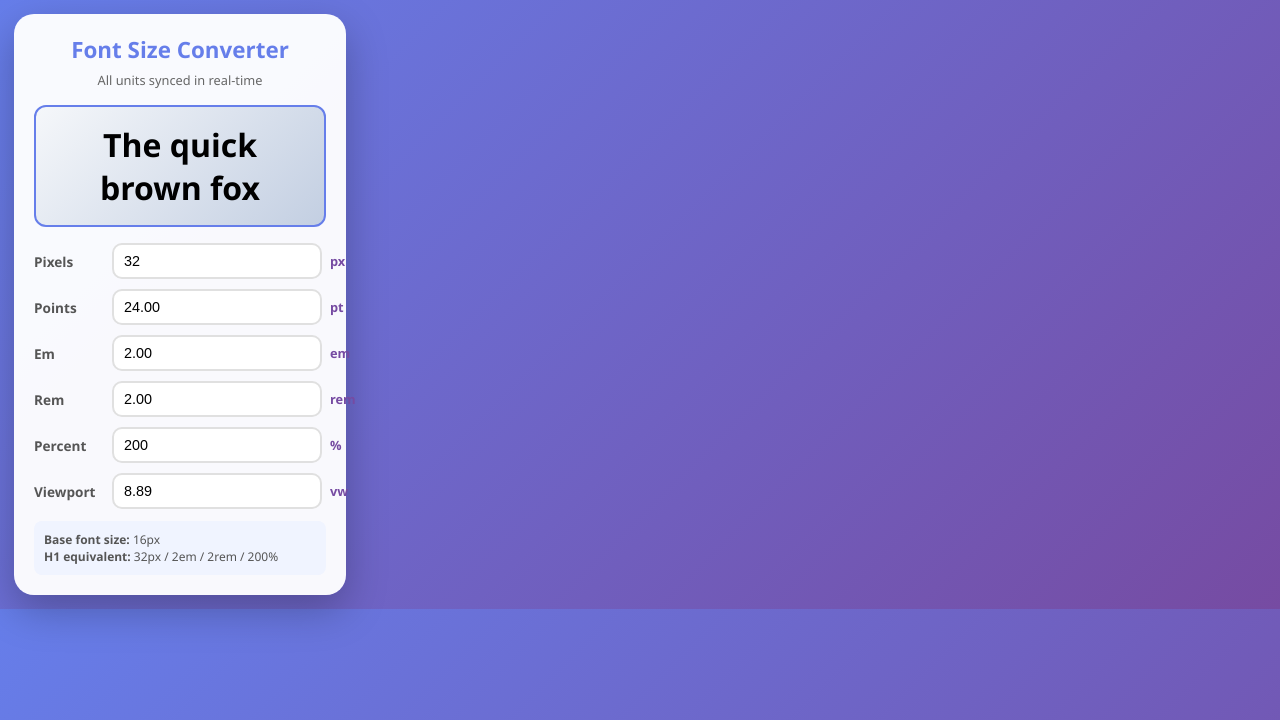
Repository: JasonMorta/Font-Unit-Converter
Page: chrome_extention/popup.html
An editor plug-in stored every save of this project. The page is shown before and after the next save, followed by the edit.
The browser window is 1280 px wide. The pictures show the whole page.

Above is the page before, as saved 2025-12-15 10:18:36.

### chrome_extention/popup.html
<!DOCTYPE html>
<html lang="en">
<head>
  <meta charset="UTF-8" />
  <title>Font Size Converter</title>
  <link rel="stylesheet" href="popup.css" />
</head>
<body>

  <!-- [BLOCK: CONTAINER] -->
  <div class="container">

    <h1>Font Size Converter</h1>
    <p class="subtitle">All units synced in real-time</p>

    <!-- [BLOCK: PREVIEW] -->
    <div class="preview">
      <div class="preview-text" id="previewText">The quick brown fox</div>
    </div>

    <!-- [BLOCK: INPUTS] -->
    <div class="input-group">
      <div class="input-row">
        <label>Pixels</label>
        <input type="number" id="px" value="32" step="0.1">
        <span class="unit">px</span>
      </div>
    </div>

    <div class="input-group">
      <div class="input-row">
        <label>Points</label>
        <input type="number" id="pt" value="24" step="0.1">
        <span class="unit">pt</span>
      </div>
    </div>

    <div class="input-group">
      <div class="input-row">
        <label>Em</label>
        <input type="number" id="em" value="2" step="0.01">
        <span class="unit">em</span>
      </div>
    </div>

    <div class="input-group">
      <div class="input-row">
        <label>Rem</label>
        <input type="number" id="rem" value="2" step="0.01">
        <span class="unit">rem</span>
      </div>
    </div>

    <div class="input-group">
      <div class="input-row">
        <label>Percent</label>
        <input type="number" id="percent" value="200" step="1">
        <span class="unit">%</span>
      </div>
    </div>

    <div class="input-group">
      <div class="input-row">
        <label>Viewport</label>
        <input type="number" id="vw" value="2.4" step="0.1">
        <span class="unit">vw</span>
      </div>
    </div>

    <!-- [BLOCK: INFO] -->
    <div class="info">
      <strong>Base font size:</strong> 16px<br>
      <strong>H1 equivalent:</strong> 32px / 2em / 2rem / 200%
    </div>

  </div>

  <script src="popup.js"></script>
</body>
</html>

### chrome_extention/popup.css
* {
  margin: 0;
  padding: 0;
  box-sizing: border-box;
}

body {
  width: 360px;
  padding: 14px;
  font-family: 'Segoe UI', Tahoma, Geneva, Verdana, sans-serif;
  background: linear-gradient(135deg, #667eea 0%, #764ba2 100%);
}

.container {
  background: rgba(255, 255, 255, 0.96);
  border-radius: 20px;
  padding: 20px;
  box-shadow: 0 15px 40px rgba(0, 0, 0, 0.25);
}

h1 {
  text-align: center;
  color: #667eea;
  font-size: 1.4rem;
  margin-bottom: 6px;
}

.subtitle {
  text-align: center;
  color: #666;
  font-size: 0.8rem;
  margin-bottom: 16px;
}

.preview {
  background: linear-gradient(135deg, #f5f7fa 0%, #c3cfe2 100%);
  border-radius: 12px;
  padding: 16px;
  margin-bottom: 16px;
  text-align: center;
  border: 2px solid #667eea;
}

.preview-text {
  font-weight: 600;
  transition: font-size 0.2s ease;
}

.input-group {
  margin-bottom: 10px;
}

.input-row {
  display: flex;
  align-items: center;
  gap: 8px;
}

label {
  min-width: 70px;
  font-size: 0.85rem;
  font-weight: 600;
  color: #555;
}

input {
  flex: 1;
  padding: 8px 10px;
  border-radius: 10px;
  border: 2px solid #e0e0e0;
  font-size: 0.9rem;
}

input:focus {
  outline: none;
  border-color: #667eea;
}

.unit {
  min-width: 40px;
  font-weight: 600;
  color: #764ba2;
  font-size: 0.8rem;
}

.info {
  margin-top: 12px;
  background: #f0f4ff;
  padding: 10px;
  border-radius: 8px;
  font-size: 0.75rem;
  color: #555;
}

### chrome_extention/popup.js
// [BLOCK: CONSTANTS]
const BASE_FONT_SIZE_PX = 16;

// [BLOCK: ELEMENT REFERENCES]
const inputs = {
  px: document.getElementById('px'),
  pt: document.getElementById('pt'),
  em: document.getElementById('em'),
  rem: document.getElementById('rem'),
  percent: document.getElementById('percent'),
  vw: document.getElementById('vw')
};

const previewText = document.getElementById('previewText');

let isUpdating = false;

// [BLOCK: HELPERS]
function getPopupWidth() {
  return document.body.clientWidth;
}

function pxToUnits(px) {
  return {
    px,
    pt: px * 0.75,
    em: px / BASE_FONT_SIZE_PX,
    rem: px / BASE_FONT_SIZE_PX,
    percent: (px / BASE_FONT_SIZE_PX) * 100,
    vw: (px / getPopupWidth()) * 100
  };
}

// [BLOCK: CORE UPDATE]
function updateAll(sourceUnit, value) {
  if (isUpdating) return;
  isUpdating = true;

  let pxValue;

  switch (sourceUnit) {
    case 'px': pxValue = value; break;
    case 'pt': pxValue = value / 0.75; break;
    case 'em':
    case 'rem': pxValue = value * BASE_FONT_SIZE_PX; break;
    case 'percent': pxValue = (value / 100) * BASE_FONT_SIZE_PX; break;
    case 'vw': pxValue = (value / 100) * getPopupWidth(); break;
  }

  if (isNaN(pxValue) || pxValue < 0) {
    isUpdating = false;
    return;
  }

  const converted = pxToUnits(pxValue);

  Object.keys(inputs).forEach(unit => {
    if (unit !== sourceUnit) {
      inputs[unit].value =
        unit === 'percent'
          ? converted[unit].toFixed(0)
          : converted[unit].toFixed(2);
    }
  });

  previewText.style.fontSize = pxValue + 'px';
  isUpdating = false;
}

// [BLOCK: EVENTS]
Object.keys(inputs).forEach(unit => {
  inputs[unit].addEventListener('input', e => {
    updateAll(unit, parseFloat(e.target.value));
  });
});

// [BLOCK: INIT]
updateAll('px', 32);

After the next save:
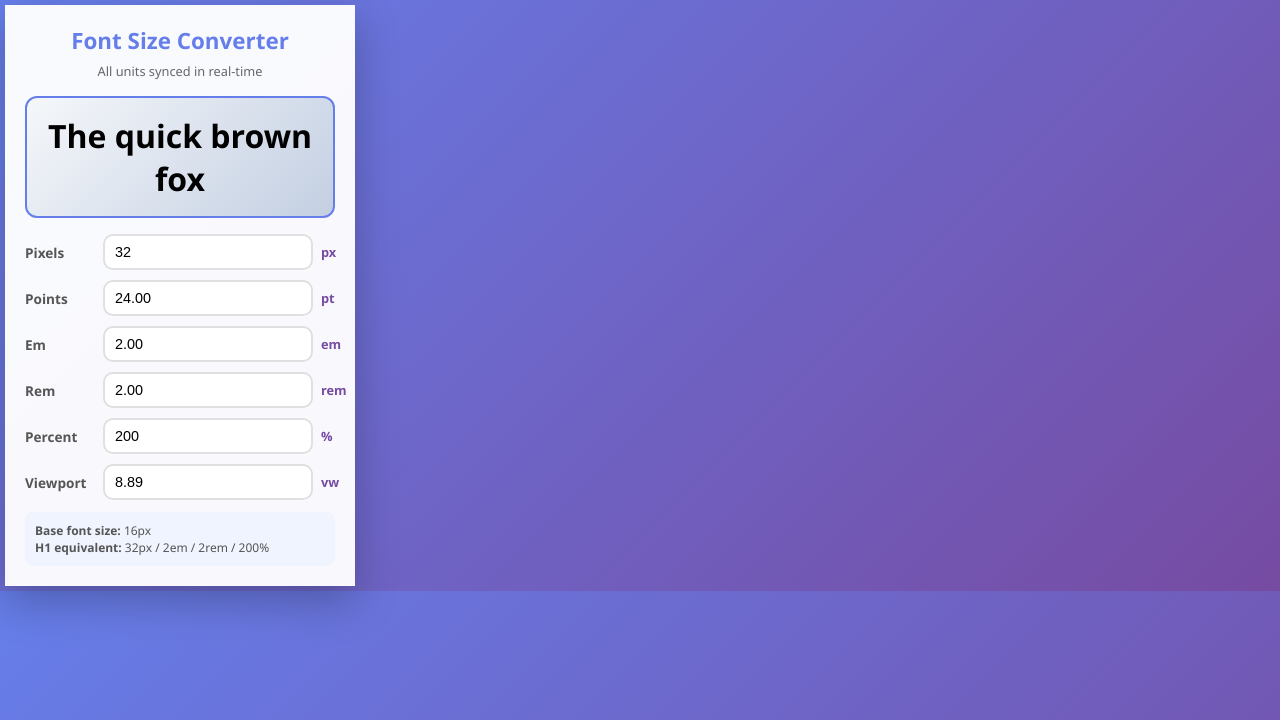
Saved 7 min 44 s later.
--- a/chrome_extention/popup.css
+++ b/chrome_extention/popup.css
@@ -6,14 +6,14 @@
 
 body {
   width: 360px;
-  padding: 14px;
+  padding: 5px;
   font-family: 'Segoe UI', Tahoma, Geneva, Verdana, sans-serif;
   background: linear-gradient(135deg, #667eea 0%, #764ba2 100%);
 }
 
 .container {
   background: rgba(255, 255, 255, 0.96);
-  border-radius: 20px;
+  border-radius: 0px;
   padding: 20px;
   box-shadow: 0 15px 40px rgba(0, 0, 0, 0.25);
 }
